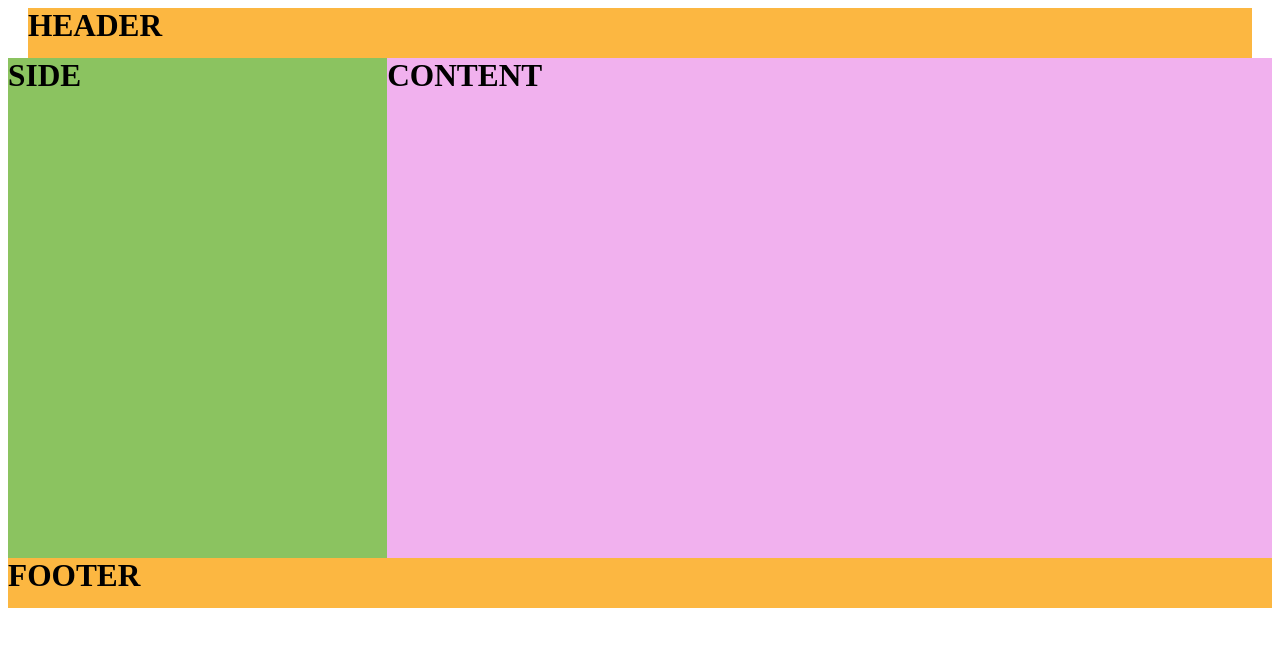
Repository: DuongThanhLong/Basic-responsive-HTML--CSS
Page: Flexbox/index.html
An editor plug-in stored every save of this project. The page is shown before and after the next save, followed by the edit.
The browser window is 1280 px wide. The pictures show the whole page.

Above is the page before, as saved 2021-09-21 20:22:18.

After the next save:
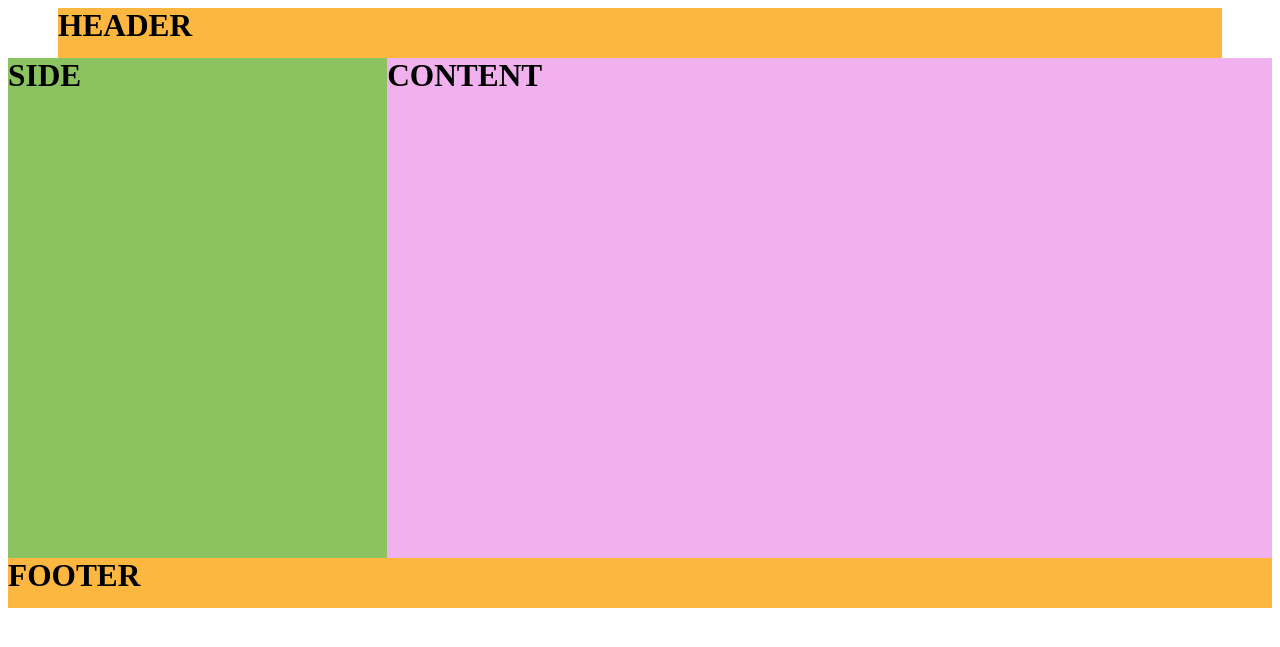
Saved 14 s later.
--- a/Flexbox/style.css
+++ b/Flexbox/style.css
@@ -7,8 +7,8 @@ header {
     font-weight: bold;
     background-color: #FCB741;
     height: 50px;
-    margin-left: 20px;
-    margin-right: 20px;
+    margin-left: 50px;
+    margin-right: 50px;
 }
 
 .center {
